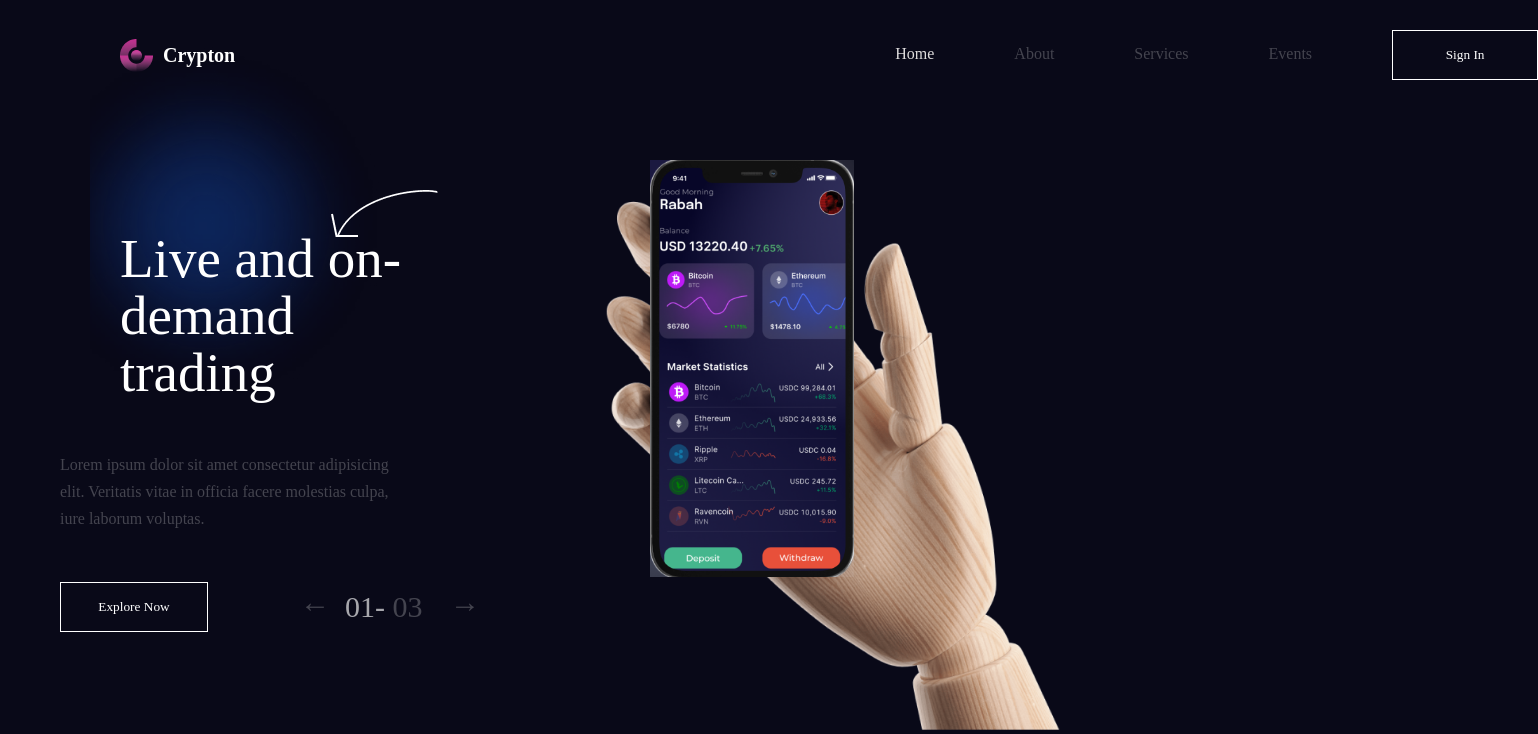
Repository: isaacCodes1/Crypton-Website
Page: index.html
An editor plug-in stored every save of this project. The page is shown before and after a run of saves, followed by the edit.
The browser window is 1280 px wide. The page is 1538 px wide, so the pictures cover 1538 px, including what lies to the right of the window. The pictures show the whole page.

Above is the page before, as saved 2024-05-14 21:03:50.

After the next 2 saves:
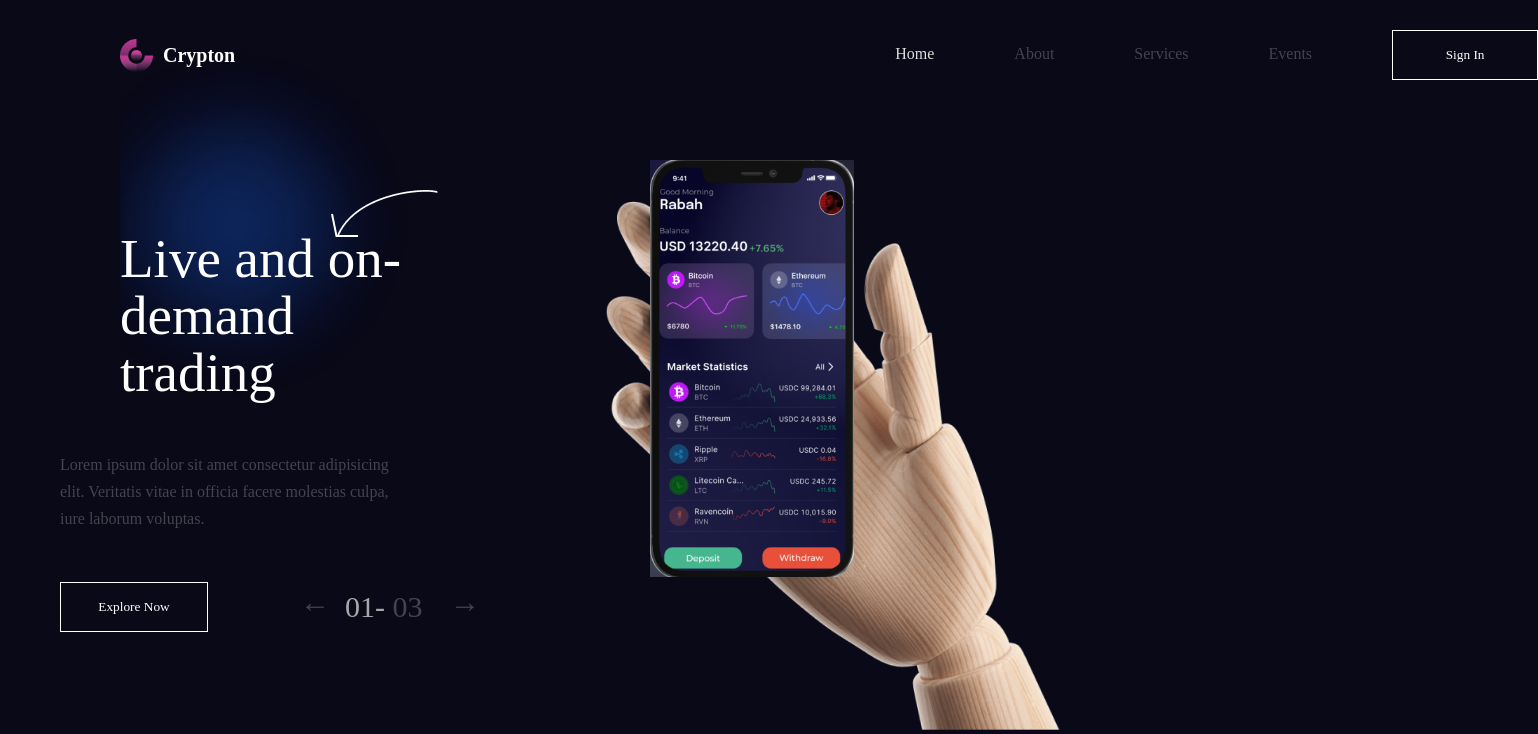
The 2 saves are shown as one change because they came seconds apart.
The last was saved 8 s later.
--- a/style.css
+++ b/style.css
@@ -78,7 +78,7 @@ body{
     width: 25%;
     position: absolute;
     top: 20px;
-    left: 90px;
+    left: 120px;
     z-index: -1;
 }
 .lorem{
